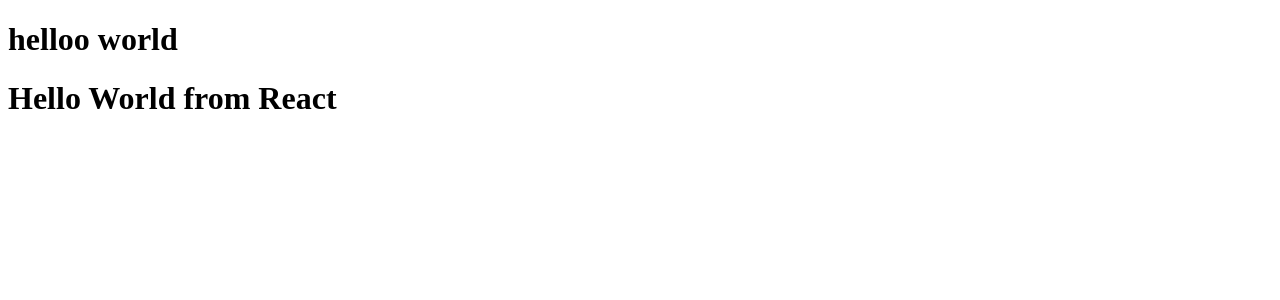
Repository: priyankanandre/Namste-React
Page: index.html
The author's editor kept a copy of each file at every save. The page is drawn from the files as they stood at one save, then again after the next save.
The browser window is 1280 px wide. The pictures show the whole page.

Above is the page before, as saved 2024-02-21 16:33:43.

After the next save:
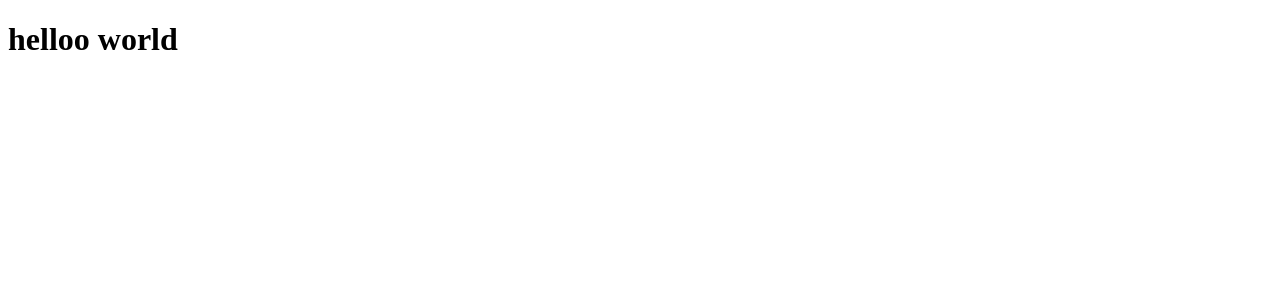
Saved 34 s later.
--- a/index.html
+++ b/index.html
@@ -10,10 +10,6 @@
     <div id="root"></div>
     <script crossorigin src="https://unpkg.com/react@18/umd/react.development.js"></script>
     <script crossorigin src="https://unpkg.com/react-dom@18/umd/react-dom.development.js"></script>
-    <script>
-        const heading = React.createElement("h1",{},"Hello World from React");
-        const root = ReactDOM.createRoot(document.getElementById('root'));
-        root.render(heading);
-    </script>
+   <script src="/App.js"/>
 </body>
 </html>
